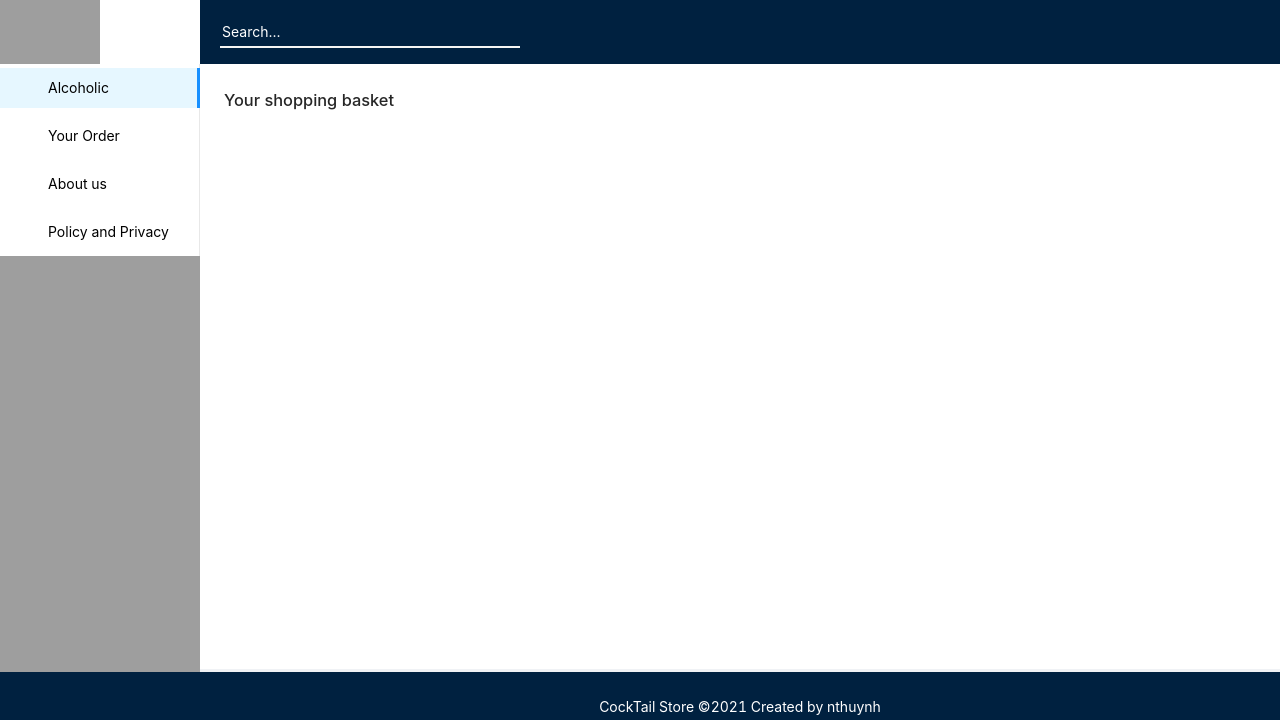
Repository: huynhnt1406/cocktail
Page: /yourorder
These files come from the project's save history. The page is drawn as it stood at one moment and after the next save; the edit follows.
The browser window is 1280 px wide. The pictures show the whole page.
Pictures or frames that could not be fetched are drawn as grey boxes. The project was rebuilt for these pictures with package versions that can differ from the ones it lists, and the page was loaded fresh each time. Also part of the build but not shown: src/components/CockTail.vue, src/components/DetailPage.vue, src/components/AboutUs.vue, src/components/PolicyandPrivacy.vue.

Above is the page before, as saved 2021-05-08 00:41:13.

### public/index.html
<!DOCTYPE html>
<html lang="">
  <head>
    <meta charset="utf-8">
    <meta http-equiv="X-UA-Compatible" content="IE=edge">
    <meta name="viewport" content="width=device-width,initial-scale=1.0">
    <link rel="icon" href="<%= BASE_URL %>favicon.ico">
    <title><%= htmlWebpackPlugin.options.title %></title>
    <link rel="preconnect" href="https://fonts.gstatic.com">
    <link href="https://fonts.googleapis.com/css2?family=Poppins:ital,wght@0,200;0,300;1,400&display=swap" rel="stylesheet">
    <link rel="stylesheet" href="https://cdnjs.cloudflare.com/ajax/libs/font-awesome/4.7.0/css/font-awesome.min.css">
  </head>
  <body>
    <noscript>
      <strong>We're sorry but <%= htmlWebpackPlugin.options.title %> doesn't work properly without JavaScript enabled. Please enable it to continue.</strong>
    </noscript>
    <div id="app"></div>
    <!-- built files will be auto injected -->
  </body>
</html>

### src/main.js
import Vue from 'vue'
import App from './App.vue'
import store from './store/index'
import router from './router/index'
import 'ant-design-vue/dist/antd.css';
import Antd from 'ant-design-vue';
Vue.config.productionTip = false
Vue.use(Antd);
new Vue({
  store,
  router,
  render: h => h(App),
}).$mount('#app')

### src/App.vue
<template>
  <a-layout id="components-layout-demo-side" theme="light"  style="min-height: 100vh">
    <a-layout-sider style="background-color:white" v-model="collapsed" collapsible >
      <img style="height:64px ; width:50%" src="https://i.pinimg.com/originals/fd/3e/53/fd3e533305c578157dbaf393b76ac1ee.jpg" alt="">
      <a-menu theme="light" :default-selected-keys="['1']" mode="inline">
        <a-menu-item key="1">
          <a-icon type="menu" />
          <span><router-link class="link" to="/">Alcoholic</router-link></span>
        </a-menu-item>
        <a-menu-item key="2">
           <a-icon type="shopping-cart" />
          <span><router-link class="link"  to="/yourorder">Your Order</router-link></span>
        </a-menu-item>
           <a-menu-item key="3">
           <a-icon type="info-circle" />
          <span><router-link class="link"  to="/aboutus">About us</router-link></span>
        </a-menu-item>
           <a-menu-item key="4">
           <a-icon type="safety-certificate" />
          <span><router-link class="link"  to="/policyandprivacy">Policy and Privacy</router-link></span>
        </a-menu-item>
      </a-menu>
      <img style="height:62% ; width:100%" src="https://www.gobourbon.com/wp-content/uploads/2019/03/EFCCF7C6-0A6F-4658-83B6-877007B0A1AC-751x1024.jpeg" alt="">
    </a-layout-sider>
    <a-layout>
      <a-layout-header style="background: #fff; padding: 0" >
        <SearchBar/>
      </a-layout-header>
      <a-layout-content>
        <div class="cocktail-lists" :style="{ padding:'24px',  background: '#fff', minHeight: '360px' }">
          <router-view/>
        </div>
      </a-layout-content>
      <a-layout-footer class="footer" style="text-align: center" :style="{height: '5vh',color:'white' ,background: '#002140'}">
        CockTail Store ©2021 Created by nthuynh
      </a-layout-footer>
    </a-layout>
  </a-layout>
</template>
<script>
import SearchBar from './components/SearchBar'
export default {
  data() {
    return {
      collapsed: false,
    };
  },
  components:{
    SearchBar
  }
};
</script>

<style>
#components-layout-demo-side .logo {
  height: 32px;
  background: rgba(255, 255, 255, 0.2);
  margin: 16px;
}
#components-layout-demo-side{
  background-color: red;
}
.cocktail-lists{
  overflow-y: scroll;
  height:84vh;
}
.footer{
  background-color: #002140;
}
.link{
  color:black;
}
.link:focus{
  color:gray;
}
</style>

### src/store/index.js
import Vue from 'vue'
import Vuex from 'vuex'
import cocktail from './modules/cocktail'
Vue.use(Vuex)
export default new Vuex.Store({
    modules:{
        cocktail
    }
})

### src/router/index.js
import Vue from 'vue'
import VueRouter from 'vue-router'
import CockTail from '../components/CockTail'
import DetailPage from '../components/DetailPage'
import Order from '../components/Order'
import AboutUs  from '../components/AboutUs'
import PolicyandPrivacy from '../components/PolicyandPrivacy'
const routes = [
    {
        path:'/',
        name:'CockTail',
        component:CockTail
    },
    {
        path:'/detailpage/:id',
        name:'DetailPage',
        component:DetailPage,
        props:true
    },
    {
        path:'/yourorder',
        name:'Order',
        component:Order,
    },
    {
        path:'/aboutus',
        name:'AboutUs',
        component:AboutUs,
    },
    {
        path:'/policyandprivacy',
        name:'PolicyandPrivacy',
        component:PolicyandPrivacy,
    },
]
Vue.use(VueRouter)

export default new VueRouter({
    routes,
    mode:'history'
})

### src/components/SearchBar.vue
<template>
  <div class="searchbar">
    <div class="search-tool">
        <input type="text" placeholder="Search..." >
    </div>
  </div>
</template>

<script>
export default {
}
</script>

<style>
.searchbar{
    display: flex;
    justify-content: space-between;
    align-items: center;
    padding-left:10px;
    padding-right: 10px;
    background-color: #002140;
}
.search-tool input{
    height: 30px;
    width: 300px;
    background-color: transparent;
    border-left:none;
    border-right: none;
    border-top:none;
    border-bottom: 2px solid #f5f5f3;
    margin-left: 10px;
    outline: none;
    color:white;
}
::placeholder{
  color:white;
}
.search-tool input:focus{
    border-bottom: 2px solid green;
}
</style>

### src/store/modules/cocktail.js
import axios from 'axios'

const state = {
    cocktailLists: [],
    cart:[]
}
const getters = {
    allCocktails : state => state.cocktailLists,
    allItems : state => state.cart
}
const actions = {
    async fetchCocktail({commit}){
        const res = await axios.get(`https://www.thecocktaildb.com/api/json/v1/1/search.php?f=a`)
        commit('getCocktail', res.data.drinks)
        console.log(res.data.drinks)
    },
    addProductToCart({commit}, {product, quantity}){
        commit('ADD_TO_CART', {product,quantity})
    },
    deleteItem({commit}, index) {
        commit('removeItem', index)
    }
}

const mutations = {
    getCocktail : (state, cocktailLists) => state.cocktailLists = cocktailLists,
    ADD_TO_CART : (state, {product,quantity}) => {
        state.cart.push({
            product,
            quantity
        })
    },
    removeItem: (state, index) => state.cart.filter(item => item.index !== index)
}

export default {
    state,getters,actions,mutations
}

### src/components/Order.vue
<template>
  <div class="order-page">
    <div class="order-header">
      <h3>Your shopping basket</h3>
      <a-badge :count="cardItems.length">
        <a-icon type="shopping-cart" :style="{fontSize:'30px'}" />
      </a-badge>
    </div>
    <div v-for="(item, index) in cardItems" :key="index" class="order-header">
      <div class="item">
          <div class="item-img">
            <img :src="item.product[0].strDrinkThumb" :alt="item.product[0].idDrink">
              <div class="item-info">
                <h3>Type : {{item.product[0].strAlcoholic}}</h3>
                <h3>Drink : {{item.product[0].strDrink}}</h3>
                <h3>Glass : {{item.product[0].strGlass}}</h3>
              </div>
          </div>
          <div class="item-actions">
            <a-button @click="deleteITEM(index)" class="m-2"   type="danger" >
              Remove
            </a-button>
          </div>
      </div>
    </div>
  </div>
</template>

<script>
import { mapActions, mapGetters } from 'vuex'
export default {
  name:'Order',
  computed : mapGetters(["allItems"]),

  data(){
    return{
      cardItems:[]
    }
  },
  created(){
    this.cardItems = this.allItems
    console.log(this.cardItems)
  },
  methods:{
    ...mapActions(["deleleItem"]),
    deleteITEM(index){
      if(index){
        this.deleteItem(index);
        console.log('deleted')
      }
    },
  },
}
</script>

<style>
.item-img img{
  height: 100px;
  width:100px;
  margin:10px;
}
.item{
  display: flex;
  flex:1;
  justify-content: space-between;
  align-items: center;
}
.item-img{
  display: flex;
  justify-content: center;
  align-items: center;
}
.order-header{
  display: flex;
  justify-content: space-between;
  align-items: center;
}
</style>

After the next save:
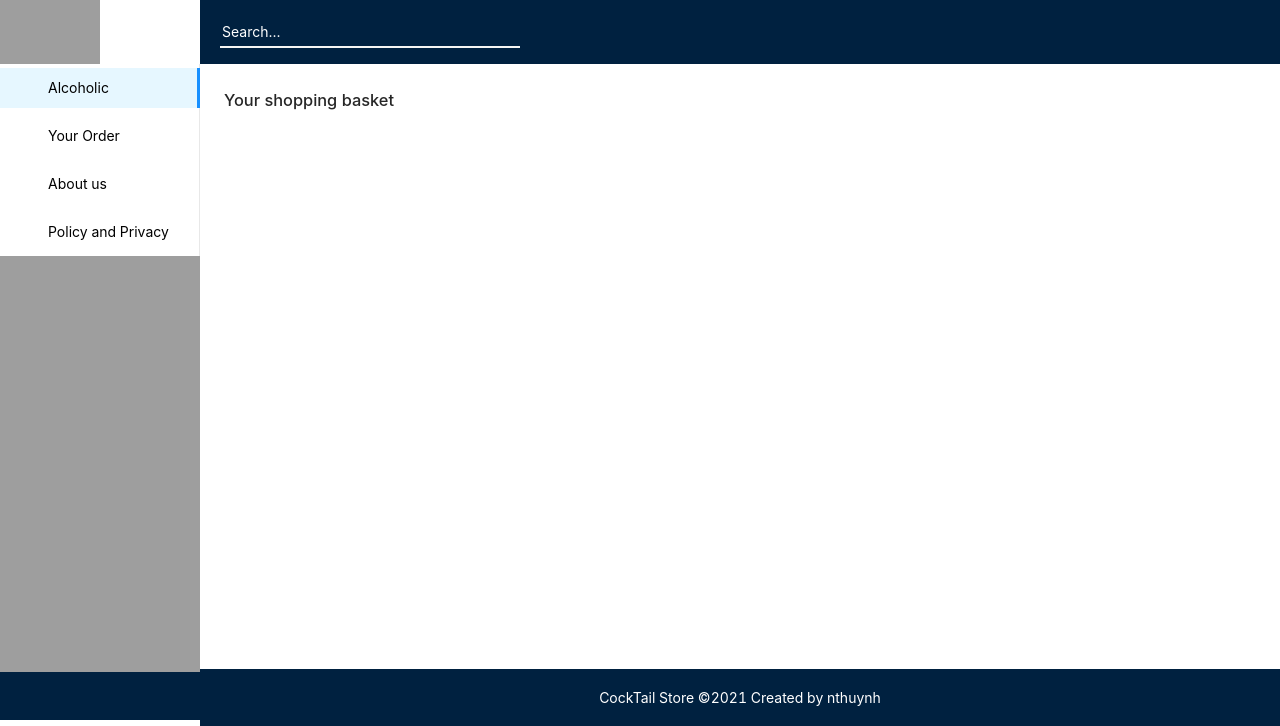
Saved 18 s later.
--- a/src/App.vue
+++ b/src/App.vue
@@ -31,7 +31,7 @@
           <router-view/>
         </div>
       </a-layout-content>
-      <a-layout-footer class="footer" style="text-align: center" :style="{height: '5vh',color:'white' ,background: '#002140'}">
+      <a-layout-footer class="footer" style="text-align: center" :style="{padding:'2.5vh',color:'white' ,background: '#002140'}">
         CockTail Store ©2021 Created by nthuynh
       </a-layout-footer>
     </a-layout>
